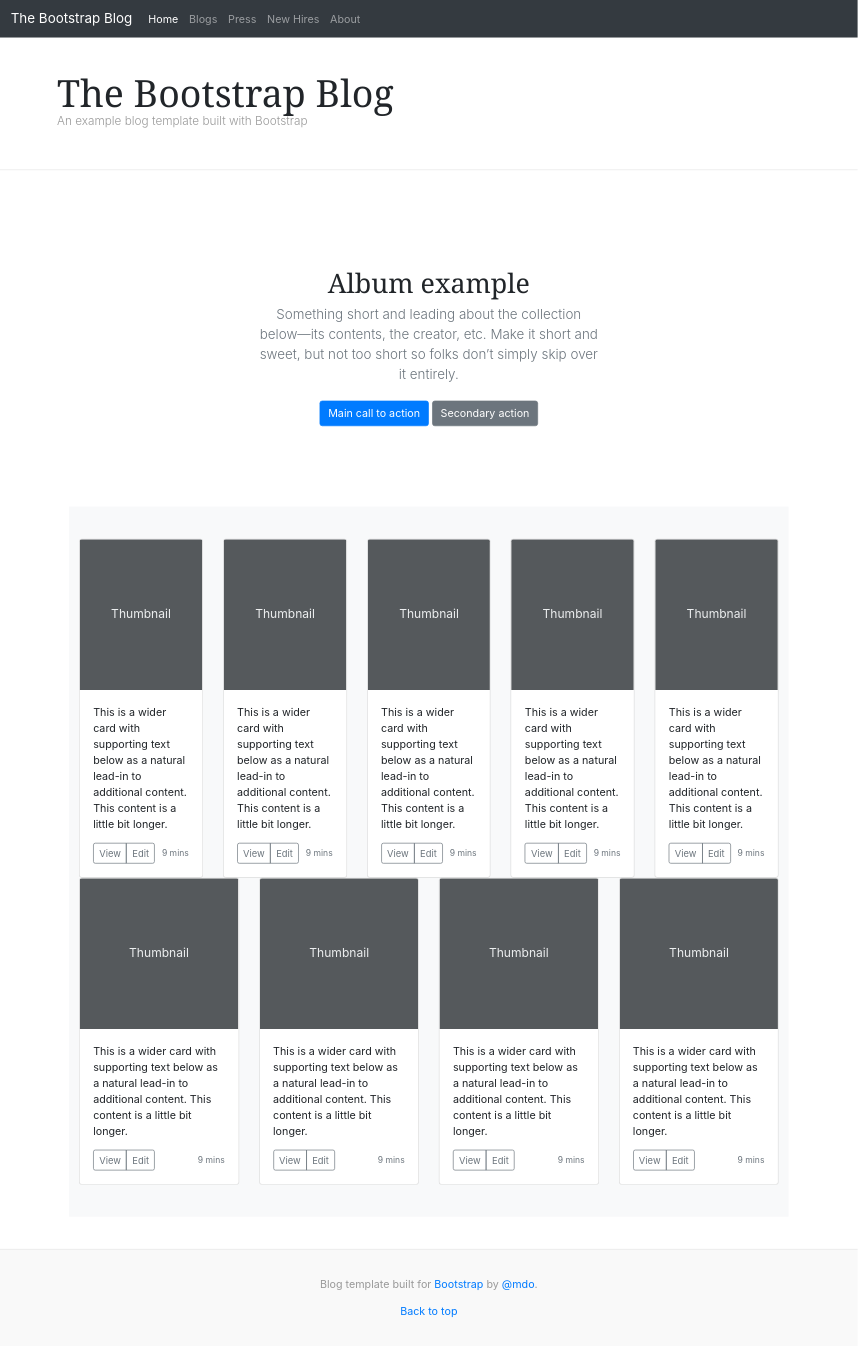
Repository: AshokSasi/CopyNPasta-Recycle-App
Page: http://localhost/
An editor plug-in stored every save of this project. The page is shown before and after the next save, followed by the edit.
The browser window is 1280 px wide. The pictures show the whole page, at 67% of full size.
The page is served by the project's Laravel application, run on PHP 8.4 with Laravel 8.

Above is the page before, as saved 2021-09-25 11:21:46.

After the next save:
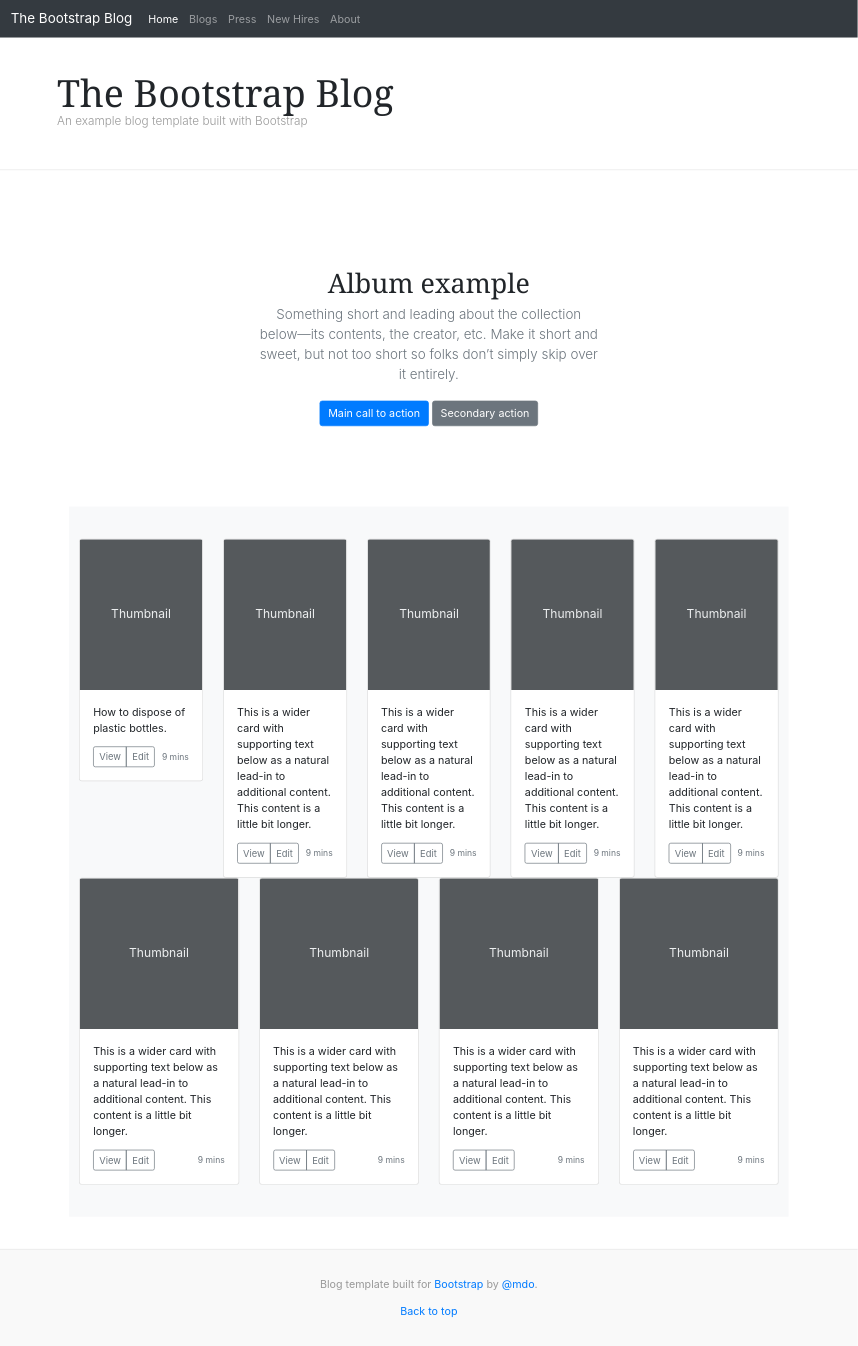
Saved 2 min 11 s later.
--- a/resources/views/home/index.blade.php
+++ b/resources/views/home/index.blade.php
@@ -42,7 +42,7 @@
             <svg class="bd-placeholder-img card-img-top" width="100%" height="225" xmlns="http://www.w3.org/2000/svg" role="img" aria-label="Placeholder: Thumbnail" preserveAspectRatio="xMidYMid slice" focusable="false"><title>Placeholder</title><rect width="100%" height="100%" fill="#55595c"/><text x="50%" y="50%" fill="#eceeef" dy=".3em">Thumbnail</text></svg>
 
             <div class="card-body">
-              <p class="card-text">This is a wider card with supporting text below as a natural lead-in to additional content. This content is a little bit longer.</p>
+              <p class="card-text">How to dispose of plastic bottles.</p>
               <div class="d-flex justify-content-between align-items-center">
                 <div class="btn-group">
                   <button type="button" class="btn btn-sm btn-outline-secondary">View</button>
